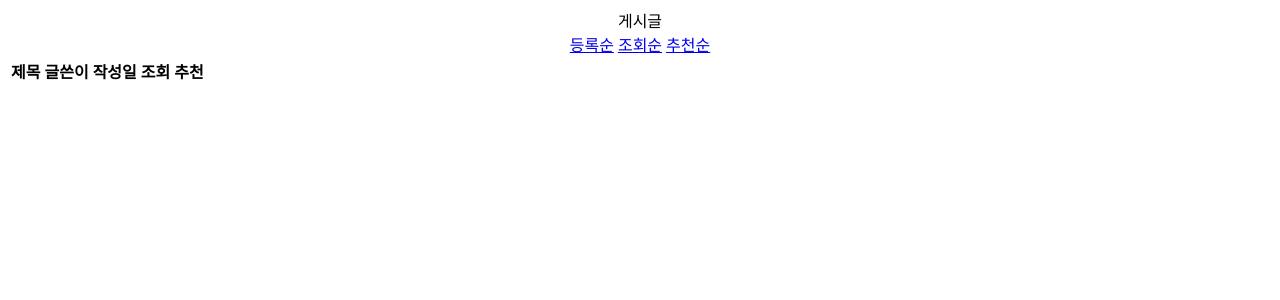
Repository: tae10/app-board-solo
Page: http://localhost/app-board/board
An editor plug-in stored every save of this project. The page is shown before and after the next save, followed by the edit.
The browser window is 1280 px wide. The pictures show the whole page.
The page is served by Tomcat 9. Other server files are loaded and not shown. Queries for data that is not in the repository find no rows.

Above is the page before, as saved 2023-04-08 15:39:15.

### app-board/src/main/webapp/WEB-INF/views/board/view.jsp
<%@ page language="java" contentType="text/html; charset=EUC-KR"
	pageEncoding="EUC-KR"%>
<%@taglib prefix="c" uri="http://java.sun.com/jsp/jstl/core"%>
<!DOCTYPE html>
<html>
<head>
<meta charset="EUC-KR">
<title>Insert title here</title>
</head>
<body>
	<div align="center">게시글</div>

	<table>
	  <div align="center">
			<a href="/index?sorting=writed">등록순</a>
			<a href="/index?sorting=views">조회순</a>
			<a href="/index?sorting=likes">추천순</a>
		</div>
		<tr>

			<th>제목</th>
			<th>글쓴이</th>
			<th>작성일</th>
			<th>조회</th>
			<th>추천</th>
		</tr>

		<c:forEach items="${list }" var="li">
			<tr>
				<td style="text-align: center;" width="10%"><a href="/detail-task>boardId=${li.boardId}">${li.title }</a></td>
				<td style="text-align: center;">${li.writer }</td>
				<td style="text-align: center;">${li.writed }</td>
				<td style="text-align: center;">${li.views }</td>
				<td style="text-align: center;">${li.likes }</td>


		   </tr>
		</c:forEach>
	</table>

</body>
</html>

### app-board/src/main/java/controller/BoardViewController.java
package controller;

import java.io.IOException;
import java.util.HashMap;
import java.util.List;
import java.util.Map;

import javax.servlet.ServletException;
import javax.servlet.annotation.WebServlet;
import javax.servlet.http.HttpServlet;
import javax.servlet.http.HttpServletRequest;
import javax.servlet.http.HttpServletResponse;

import org.apache.ibatis.session.SqlSession;
import org.apache.ibatis.session.SqlSessionFactory;

import data.Board;
import data.User;

@WebServlet("/board")
public class BoardViewController extends HttpServlet {

	@Override
	protected void service(HttpServletRequest req, HttpServletResponse resp) throws ServletException, IOException {
		SqlSessionFactory factory = (SqlSessionFactory) req.getServletContext().getAttribute("sqlSessionFactory");
		SqlSession sqlSession = factory.openSession();
		User logonUser = (User) req.getSession().getAttribute("logonUser");


	  String sort =req.getParameter("sort");

		int p;
		if (req.getParameter("page") == null) {
			p = 1;
		} else {
			p = Integer.parseInt(req.getParameter("page"));
		}

		Map<String,Object> map =new HashMap<>();
		map.put("a", p*10-9);
		map.put("b",p*10);

		List<Board> list =sqlSession.selectList("boards.findByWrited",map);

		req.setAttribute("list", list);

		if (sort == null) {
		} else {
			if (sort.equals("views")) {
				list = sqlSession.selectList("boards.findByViews", map);
				req.setAttribute("list", list);
			} else if (sort.equals("Likes")) {
				list = sqlSession.selectList("boards.findByLikes", map);
				req.setAttribute("list", list);
			} else {
				list = sqlSession.selectList("boards.findByWrited", map);
				req.setAttribute("list", list);
			}
		}

		req.getRequestDispatcher("/WEB-INF/views/board/view.jsp").forward(req, resp);


	}

}

After the next save:
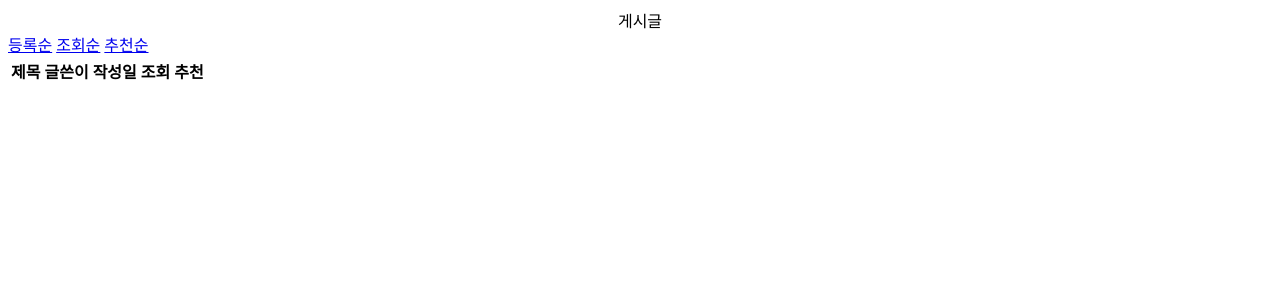
Saved 31 s later.
--- a/app-board/src/main/webapp/WEB-INF/views/board/view.jsp
+++ b/app-board/src/main/webapp/WEB-INF/views/board/view.jsp
@@ -11,10 +11,10 @@
 	<div align="center">게시글</div>
 
 	<table>
-	  <div align="center">
+		<div>
 			<a href="/index?sorting=writed">등록순</a>
 			<a href="/index?sorting=views">조회순</a>
-			<a href="/index?sorting=likes">추천순</a>
+		    <a href="/index?sorting=likes">추천순</a>
 		</div>
 		<tr>
 
@@ -27,14 +27,15 @@
 
 		<c:forEach items="${list }" var="li">
 			<tr>
-				<td style="text-align: center;" width="10%"><a href="/detail-task>boardId=${li.boardId}">${li.title }</a></td>
+				<td style="text-align: center;" width="10%"><a
+					href="/detail-task>boardId=${li.boardId}">${li.title }</a></td>
 				<td style="text-align: center;">${li.writer }</td>
 				<td style="text-align: center;">${li.writed }</td>
 				<td style="text-align: center;">${li.views }</td>
 				<td style="text-align: center;">${li.likes }</td>
 
 
-		   </tr>
+			</tr>
 		</c:forEach>
 	</table>
 

After the save that followed:
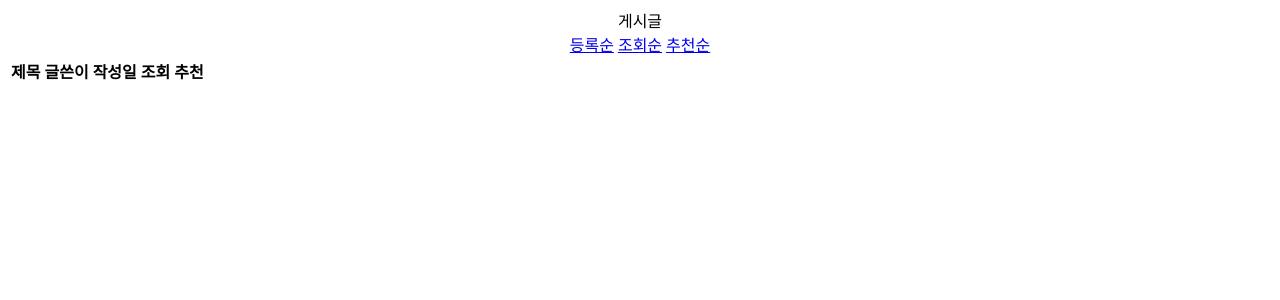
Saved 8 s later.
--- a/app-board/src/main/webapp/WEB-INF/views/board/view.jsp
+++ b/app-board/src/main/webapp/WEB-INF/views/board/view.jsp
@@ -11,7 +11,7 @@
 	<div align="center">게시글</div>
 
 	<table>
-		<div>
+		<div align="center">
 			<a href="/index?sorting=writed">등록순</a>
 			<a href="/index?sorting=views">조회순</a>
 		    <a href="/index?sorting=likes">추천순</a>
